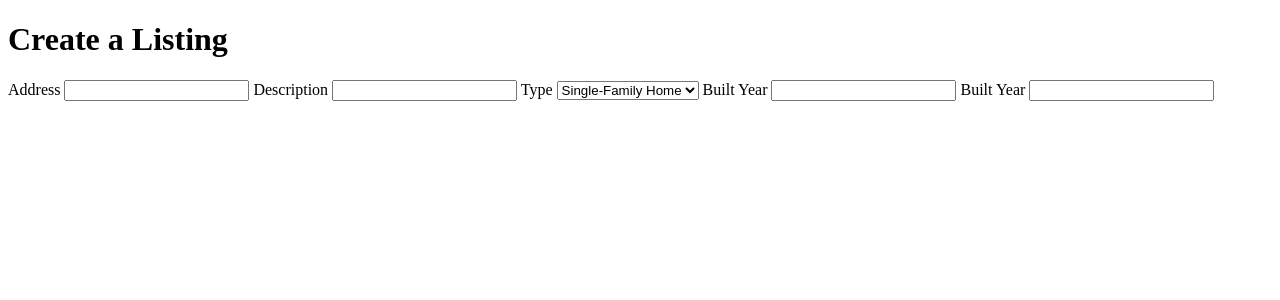
Repository: rickytorrez/test
Page: http://localhost/dcHome/WEB-INF/realtor.jsp
These files come from the project's save history. The page is drawn as it stood at one moment and after the next save; the edit follows.
The browser window is 1280 px wide. The pictures show the whole page.
The page is served by Tomcat 9. Nobody is signed in. The template is opened directly, without the code that normally fills it, so the values that code supplies are empty.

Above is the page before, as saved 2018-05-31 14:41:52.

After the next save:
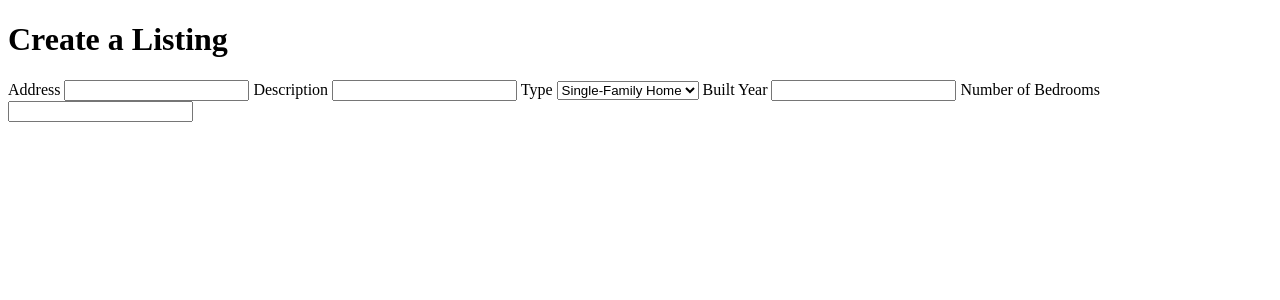
Saved 19 s later.
--- a/dcHome/src/main/webapp/WEB-INF/realtor.jsp
+++ b/dcHome/src/main/webapp/WEB-INF/realtor.jsp
@@ -31,8 +31,8 @@
 			<form:label path="yearbuilt">Built Year
 				<form:input type="number" path="yearbuilt"></form:input>
 			</form:label>
-			<form:label path="yearbuilt">Built Year
-				<form:input type="number" path="yearbuilt"></form:input>
+			<form:label path="numberofrooms">Number of Bedrooms
+				<form:input type="number" path="numberofrooms"></form:input>
 			</form:label>
 		</form:form>
 	</body>
